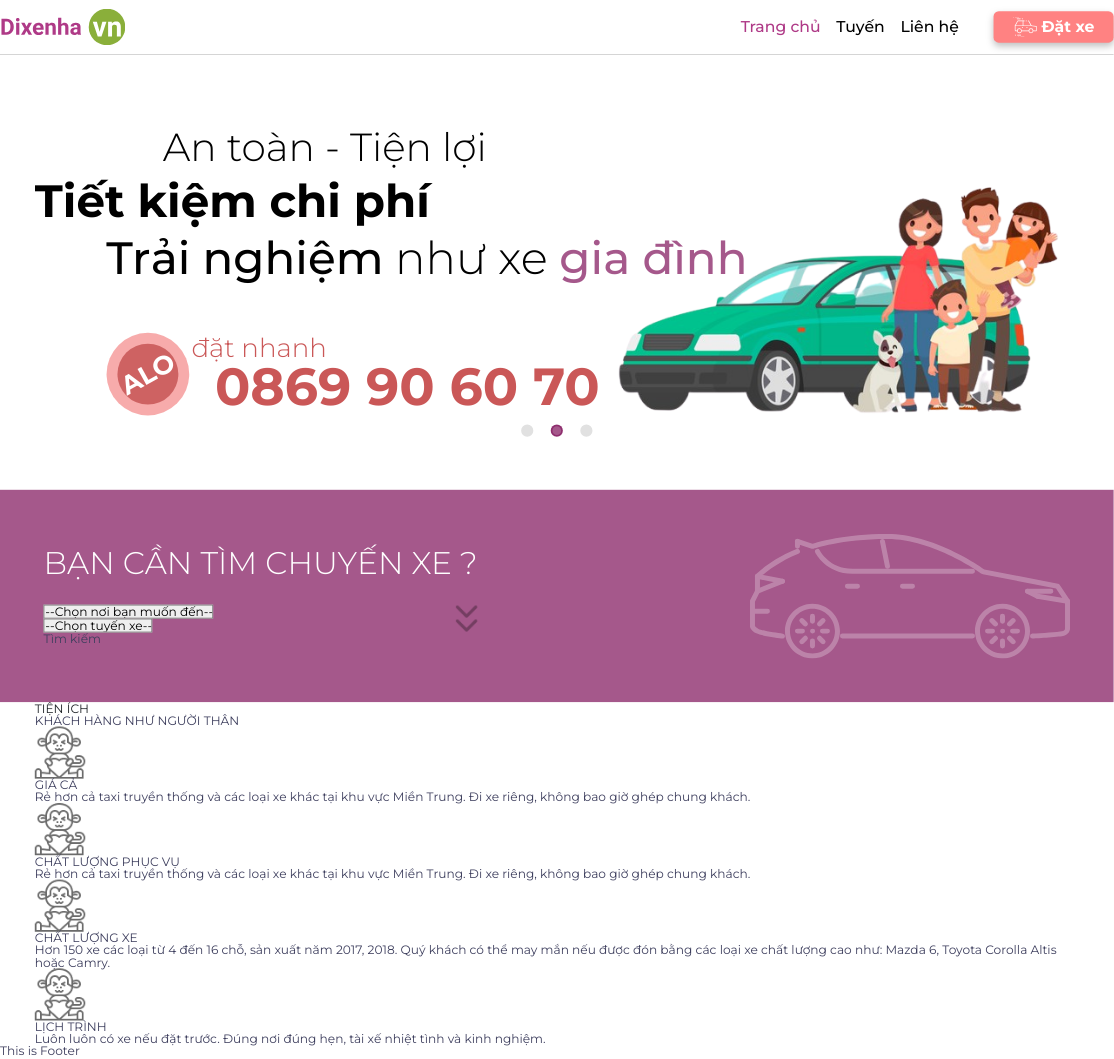
Repository: thanhthien0706/last_project--fe004
Page: lastProductF004/dist/index.html
The author's editor kept a copy of each file at every save. The page is drawn from the files as they stood at one save, then again after a run of saves.
The browser window is 1280 px wide. The pictures show the whole page, at 87% of full size.
Some web libraries are served in a nearby version. The style sheet was rebuilt from its Sass, Less or Tailwind sources for each picture, by a compiler version that may differ from the author's.

Above is the page before, as saved 2021-09-16 21:24:39.

After the next 2 saves:
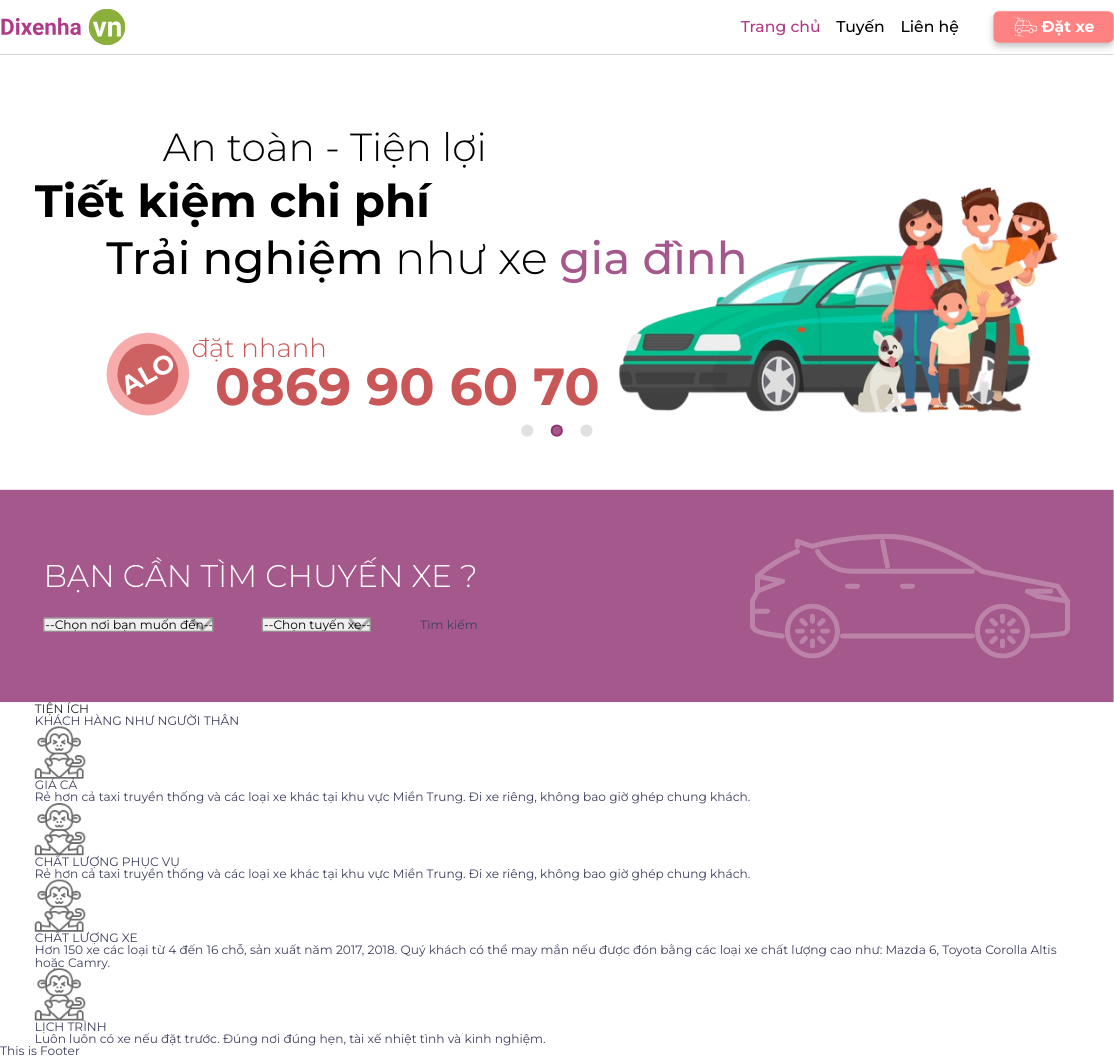
The 2 saves are shown as one change because they came seconds apart.
The last was saved 16 s later.
--- a/lastProductF004/src/styles/pages/_homepage.scss
+++ b/lastProductF004/src/styles/pages/_homepage.scss
@@ -173,12 +173,13 @@ html {
                 margin-bottom: 30px;
             }
             .section_list_sec{
+                display: flex;
+                flex-direction: row;
+                justify-content: space-between;
+                align-items: center;
                 .box_main--sec{
                     position: relative;
-                    display: flex;
-                    flex-direction: row;
-                    justify-content: space-between;
-                    align-items: center;
+
                     .arrow{
                         position: absolute;
                         top: 50% ;
